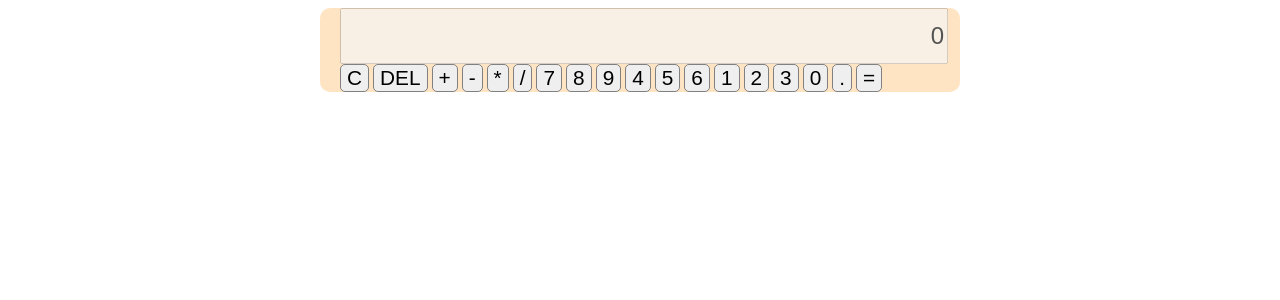
Repository: jaskeat/Calculator
Page: index.html
These files come from the project's save history. The page is drawn as it stood at one moment and after the next save; the edit follows.
The browser window is 1280 px wide. The pictures show the whole page.

Above is the page before, as saved 2024-09-05 09:07:30.

### index.html
<!DOCTYPE html>
<html lang="en">
	<head>
		<meta charset="UTF-8" />
		<meta name="viewport" content="width=device-width, initial-scale=1.0" />
		<title>Calculator</title>
		<link rel="stylesheet" href="style.css" />
	</head>
	<body>
		<div class="calculator">
			<div class="display">
				<input type="text" class="display-input" value="0" disabled />
			</div>
			<div class="buttons">
				<button class="btn" onclick="clearDisplay()">C</button>
				<button class="btn" onclick="deleteLast()">DEL</button>
				<button class="btn" onclick="append('+')">+</button>
				<button class="btn" onclick="append('-')">-</button>
				<button class="btn" onclick="append('*')">*</button>
				<button class="btn" onclick="append('/')">/</button>
				<button class="btn" onclick="append('7')">7</button>
				<button class="btn" onclick="append('8')">8</button>
				<button class="btn" onclick="append('9')">9</button>
				<button class="btn" onclick="append('4')">4</button>
				<button class="btn" onclick="append('5')">5</button>
				<button class="btn" onclick="append('6')">6</button>
				<button class="btn" onclick="append('1')">1</button>
				<button class="btn" onclick="append('2')">2</button>
				<button class="btn" onclick="append('3')">3</button>
				<button class="btn" onclick="append('0')">0</button>
				<button class="btn" onclick="append('.')">.</button>
				<button class="btn" onclick="calculate()">=</button>
			</div>
		</div>
		<script src="script.js"></script>
	</body>
</html>

### style.css
body {
	display: flex;
	justify-content: center;
	align-items: center;
}

.calculator {
	width: 600px;
	max-width: 600px;
	margin: 0 auto;
	padding: 0 20px;
	background-color: bisque;
	border-radius: 10px;
}

.btn {
	border-radius: 5px;
	border: 1px grey solid;
	font-size: 1.3rem;
}

input {
	width: 600px;
	height: 50px;
	font-size: 1.5rem;
	text-align: right;
}

Loaded but not shown: script.js (no copy from this time; the picture is the same without it)

After the next save:
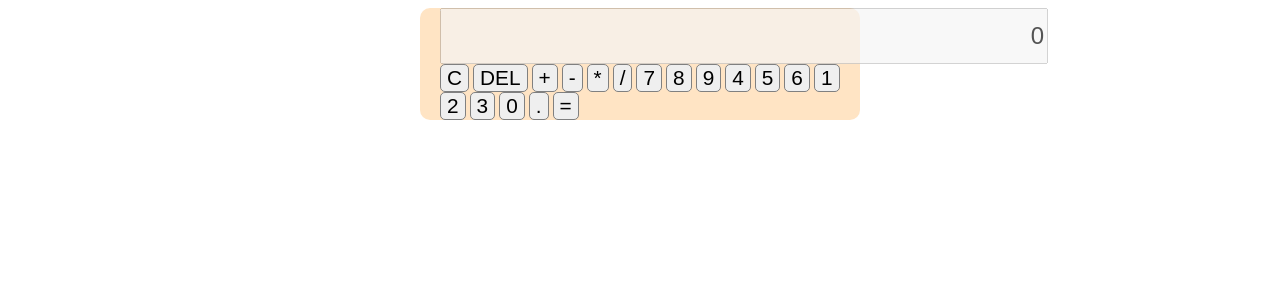
Saved 7 s later.
--- a/style.css
+++ b/style.css
@@ -5,7 +5,7 @@ body {
 }
 
 .calculator {
-	width: 600px;
+	width: 400px;
 	max-width: 600px;
 	margin: 0 auto;
 	padding: 0 20px;
